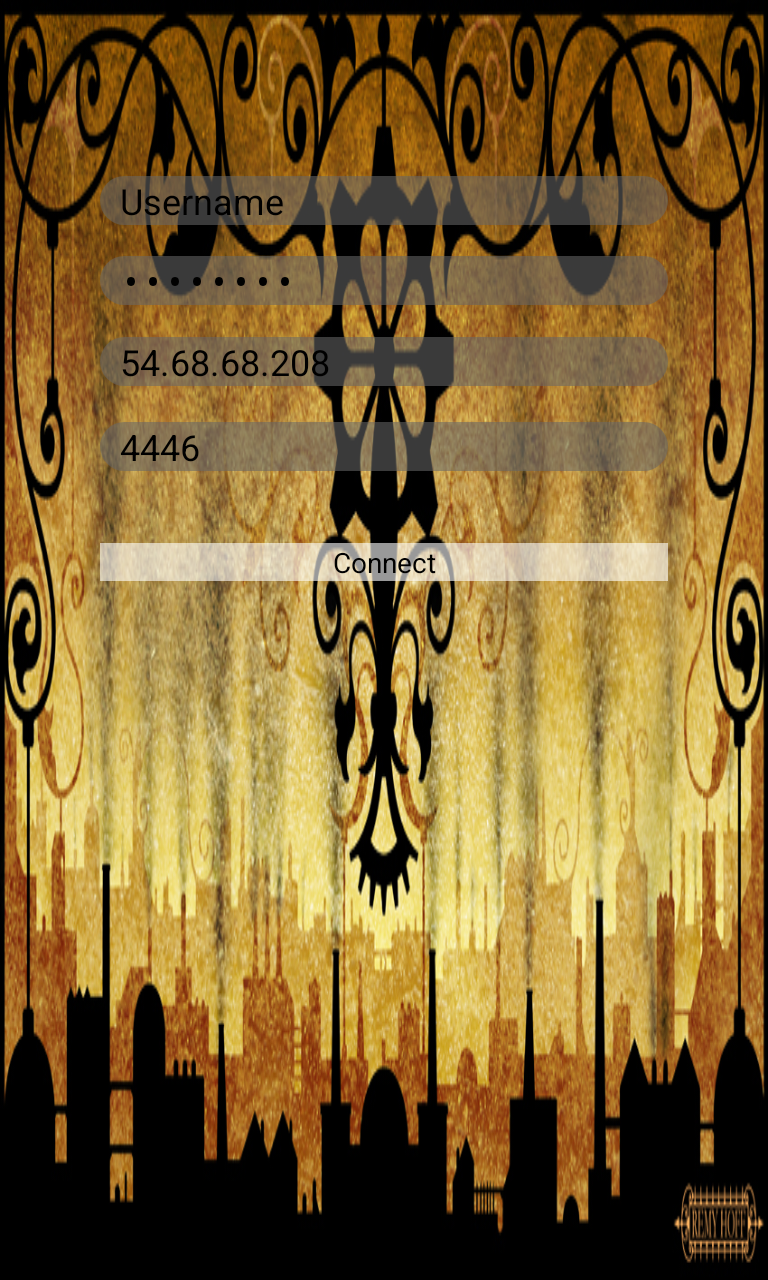
Repository: jkrepps/CSCE-482
Layout: Mobile Client (eclipse)/Industry of Deciet/res/layout/mains.xml
The author's editor kept a copy of each file at every save. The layout is drawn from the files as they stood at one save, then again after the next save.
It is drawn on a 768 x 1280 px phone screen (xhdpi) without system bars, with theme AppTheme; the app's code is not run.

Above is the layout before, as saved 2014-12-03 11:05:54.

### Mobile Client (eclipse)/Industry of Deciet/res/layout/mains.xml
<?xml version="1.0" encoding="utf-8"?>
<FrameLayout xmlns:android="http://schemas.android.com/apk/res/android"
    android:layout_width="match_parent"
    android:layout_height="match_parent"
    android:background="@drawable/background_opening"
    android:theme="@android:style/Theme.NoTitleBar"
    >

    <!-- android:background="#0099cc"
         The primary full-screen view. This can be replaced with whatever view
         is needed to present your content, e.g. VideoView, SurfaceView,
         TextureView, etc.

    -->

    <!--
         This FrameLayout insets its children based on system windows using
         android:fitsSystemWindows.
    -->

    <RelativeLayout
        android:layout_width="match_parent"
        android:layout_height="match_parent"
        android:focusable="false"
        android:focusableInTouchMode="false"
        android:paddingLeft="50dp"
        android:paddingRight="50dp" >

        <EditText
            android:id="@+id/editText3"
            android:layout_width="match_parent"
            android:layout_height="wrap_content"
            android:layout_alignParentLeft="true"
            android:layout_below="@+id/editText2"
            android:layout_marginTop="16dp"
            android:background="@drawable/roundededittext"
            android:ems="10"
            android:inputType="textPersonName"
            android:paddingLeft="10dp"
            android:text="@string/IP"
            android:textColor="#FF000000" />

        <EditText
            android:id="@+id/editText4"
            android:layout_width="match_parent"
            android:layout_height="wrap_content"
            android:layout_alignParentLeft="true"
            android:layout_below="@+id/editText3"
            android:layout_marginTop="18dp"
            android:background="@drawable/roundededittext"
            android:ems="10"
            android:inputType="textPersonName"
            android:paddingLeft="10dp"
            android:text="@string/Port"
            android:textColor="#FF000000" />

        <EditText
            android:id="@+id/editText2"
            android:layout_width="match_parent"
            android:layout_height="wrap_content"
            android:layout_alignParentLeft="true"
            android:layout_alignParentTop="true"
            android:layout_marginTop="128dp"
            android:background="@drawable/roundededittext"
            android:ems="10"
            android:inputType="textPassword"
            android:paddingLeft="10dp"
            android:selectAllOnFocus="true"
            android:text="Password"
            android:textColor="#FF000000" />

        <Button
            android:id="@+id/button1"
            android:layout_width="match_parent"
            android:layout_height="wrap_content"
            android:layout_alignParentLeft="true"
            android:layout_below="@+id/editText4"
            android:layout_marginTop="36dp"
            android:background="#99FFFFFF"
            android:text="@string/button_main_menu"
            android:textColor="#FF000000" />

        <EditText
            android:id="@+id/editText1"
            android:layout_width="match_parent"
            android:layout_height="wrap_content"
            android:layout_alignBottom="@+id/editText2"
            android:layout_alignParentLeft="true"
            android:layout_marginBottom="40dp"
            android:background="@drawable/roundededittext"
            android:ems="10"
            android:inputType="textPersonName"
            android:paddingLeft="10dp"
            android:selectAllOnFocus="true"
            android:text="Username"
            android:textColor="#FF000000" />

    </RelativeLayout>

</FrameLayout>

### Mobile Client (eclipse)/Industry of Deciet/res/drawable-hdpi/roundededittext.xml
<?xml version="1.0" encoding="utf-8"?>
<!--  res/drawable/rounded_edittext.xml -->
<shape xmlns:android="http://schemas.android.com/apk/res/android"
android:shape="rectangle" android:padding="10dp">
 <solid android:color="#90676767"/>
    <corners
     android:bottomRightRadius="15dp"
     android:bottomLeftRadius="15dp"
  android:topLeftRadius="15dp"
  android:topRightRadius="15dp"/>
</shape>

### Mobile Client (eclipse)/Industry of Deciet/res/values/strings.xml
<?xml version="1.0" encoding="utf-8"?>
<resources>

    <string name="app_name">Industry of Deceit</string>
    <string name="dummy_button">Dummy Button</string>
    <string name="dummy_content">DUMMY\nCONTENT</string>
    <string name="hello_world">Hello world!</string>
    <string name="userText">Enter Text </string>
    <string name="menu_settings">Settings</string>
    <string name="username">yo</string>
    <string name="password">hihi</string>
    <string name="IP">54.68.68.208 </string>
    <string name="Port">4446 </string>
    <string name="button_main_menu">Connect</string>
    <string name="Centered"></string>

</resources>

### Mobile Client (eclipse)/Industry of Deciet/res/drawable-hdpi/roundedButton.xml
<?xml version="1.0" encoding="UTF-8"?>
 <shape xmlns:android="http://schemas.android.com/apk/res/android"
  android:shape="rectangle" android:padding="10dp">
 <solid android:color="#FF0000"/> <!-- this one is ths color of the Rounded Button -->
  <corners
   android:bottomRightRadius="10dp"
   android:bottomLeftRadius="10dp"
   android:topLeftRadius="10dp"
   android:topRightRadius="10dp"/>
</shape>

Loaded but not shown: Mobile Client (eclipse)/Industry of Deciet/res/values/styles.xml (common file); Mobile Client (eclipse)/Industry of Deciet/res/values-v11/styles.xml (common file); Mobile Client (eclipse)/Industry of Deciet/res/values-v14/styles.xml (common file)

After the next save:
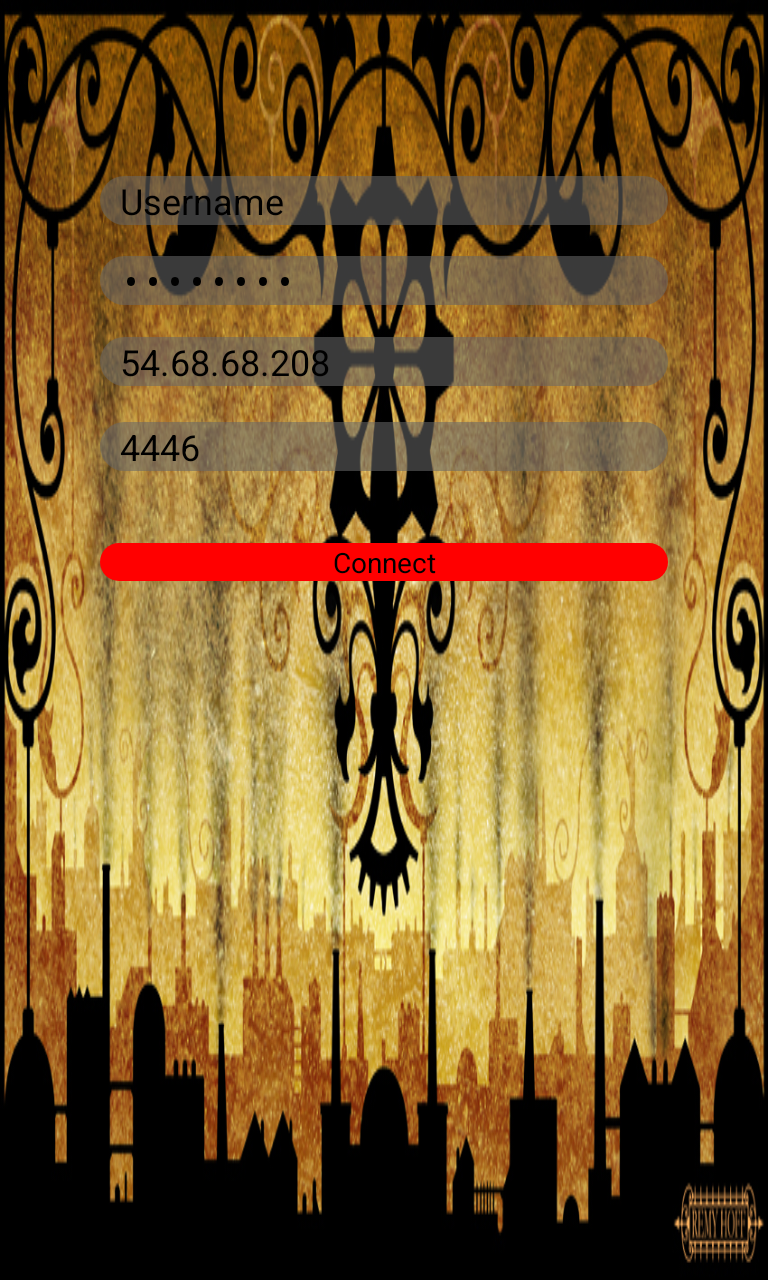
Saved 4 s later.
--- a/Mobile Client (eclipse)/Industry of Deciet/res/layout/mains.xml
+++ b/Mobile Client (eclipse)/Industry of Deciet/res/layout/mains.xml
@@ -76,7 +76,7 @@
             android:layout_alignParentLeft="true"
             android:layout_below="@+id/editText4"
             android:layout_marginTop="36dp"
-            android:background="#99FFFFFF"
+            android:background="@drawable/roundedButton"
             android:text="@string/button_main_menu"
             android:textColor="#FF000000" />
 
